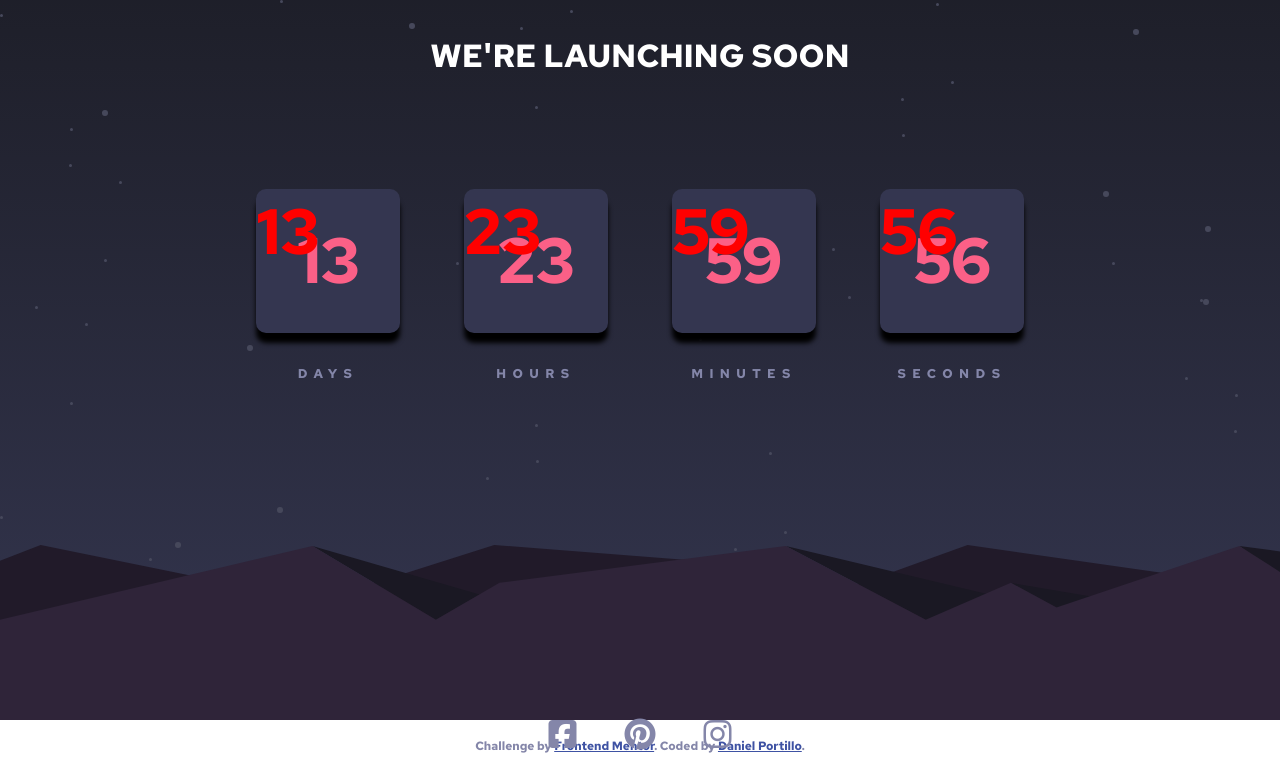
Repository: dportillo23/launch-countdown-timer-main
Page: index.html
These files come from the project's save history. The page is drawn as it stood at one moment and after the next save; the edit follows.
The browser window is 1280 px wide. The pictures show the whole page.
Some web libraries are served in a nearby version. The style sheet was rebuilt from its Sass, Less or Tailwind sources for each picture, by a compiler version that may differ from the author's.

Above is the page before, as saved 2021-07-02 10:15:08.

### index.html
<!DOCTYPE html>
<html lang="en">

<head>
  <meta charset="UTF-8">
  <meta name="viewport" content="width=device-width, initial-scale=1.0">

  <!-- displays site properly based on user's device -->
  <link rel="stylesheet" href="style.css">
  <link rel="icon" type="image/png" sizes="32x32" href="./images/favicon-32x32.png">

  <!-- Fontawesome connection -->
  <script src="https://kit.fontawesome.com/22e099610c.js" crossorigin="anonymous"></script>
  <link rel="stylesheet" href="path/to/font-awesome/css/font-awesome.min.css">

  <!-- Google fonts -->
  <link rel="preconnect" href="https://fonts.gstatic.com">
  <link href="https://fonts.googleapis.com/css2?family=Red+Hat+Text:wght@700&display=swap" rel="stylesheet">

  <title>Frontend Mentor | Launch countdown timer</title>

</head>

<body>
  <div class="header">
    <div class="container">

      <h1 class="title">We're launching soon</h1>

      <!-- Cards Section -->
      <div class="cards--section">

        <!-- Days card -->
        <div class="cards--container">
          <div class="card--number--container days" id="days">
            <div class="circle left">hola</div>
            14
            <div class="circle right">hola</div>
          </div>

          <h3 class="card--subtitle">Days</h3>
        </div>

        <!-- Hours card -->
        <div class="cards--container">
          <div class="card--number--container front  hours" id="hours">
            00
          </div>
          <h3 class="card--subtitle">Hours</h3>
        </div>

        <!-- Minutes card -->
        <div class="cards--container">
          <div class="card--number--container  minutes" id="minutes">
            00
          </div>
          <h3 class="card--subtitle">Minutes</h3>
        </div>

        <!-- Seconds card -->
        <div class="cards--container">
          <div class="card--number--container seconds" data-value="" id="seconds">
           00
          </div>
          <h3 class="card--subtitle">Seconds</h3>
        </div>
      </div>

      <!-- Social media icons section -->
      <div class="social--container">
        <img src="./images/pattern-hills.svg" alt="hills" srcset="">
        <a href=""><i class="fab fa-facebook-square"></i></a></i><a href=""><i class="fab fa-pinterest"></i></a><a
          href=""><i class="fab fa-instagram"></i></a></div>
    </div>
  </div>

<!-- Footer -->
  <footer>
    <div class="attribution">
      Challenge by <a href="https://www.frontendmentor.io?ref=challenge" target="_blank">Frontend Mentor</a>.
      Coded by <a href="https://dportillo23.github.io/My-Personal-Site/">Daniel Portillo</a>.
    </div>
  </footer>

  <script src="app.js"></script>
</body>

</html>

### app.js
// Constants
const seconds = 1000;
const minutes = seconds * 60;
const hours = minutes * 60;
const days = hours * 24;


// Functions
// Function to make the difference between end and actual time
function difference(endTime, startTime) {
    return endTime - startTime;
}

//Change 60 for 00
const sixtyToZero = num => {
    if (num == 60) {
        num = "00"
    }

    return num
}


//  Function to add leading zeros if needed
function addLeadingZero(num) {
    if (num < 10) {
        num = "0" + num;
    }
    return num;
}

// Card object definition
class Card {
    constructor(_class, _initialTime) {
        this.card = document.getElementById(_class);
        this.actualTime = _initialTime;
        this.pastTime = _initialTime;
        this.updateTimer(this.actualTime);
    }

    setNewTimes(_time) {
        this.pastTime = this.actualTime;
        this.actualTime = sixtyToZero(addLeadingZero(_time));
        this.updateTimer();
        this.setDataAttribute();
        if (this.actualTime !== this.pastTime) {
            console.log(this.actualTime, this.pastTime);
            this.flipCard()
        }
    }

    updateTimer() {
        this.card.innerHTML = this.actualTime;
    }

    flipCard() {
        console.log("Flip Card " + this.card.id);
    }

    setDataAttribute() {
        this.card.setAttribute("data-value", this.actualTime)
    }
}


// Create Card Objects
const daysCard = new Card("days", "14");
const hoursCard = new Card("hours", "00");
const minutesCard = new Card("minutes", "00");
const secondsCard = new Card("seconds", "00");


// Set counter final day
const finish = new Date();
finish.setDate(finish.getDate() + 14);


// Start countdown
setInterval(() => {
    const actualTime = new Date();
    const timeDifference = difference(finish, actualTime);

    daysCard.setNewTimes(Math.floor(timeDifference / days));
    hoursCard.setNewTimes(Math.floor((timeDifference % days) / hours));
    minutesCard.setNewTimes(Math.floor((timeDifference % hours) / minutes));
    secondsCard.setNewTimes((Math.floor((timeDifference % minutes) / seconds) + 1));

}, 1000);

### style.scss
*,
*::before,
*::after {
    box-sizing: border-box;
    margin: 0;
}

$col-ppal: hsl(237, 18%, 59%);
$col-red: hsl(345, 95%, 68%);

$col-dark: hsl(236, 21%, 26%);
$col-dark-blue: hsl(235, 16%, 14%);
$col-darker: hsl(234, 17%, 12%);

body {
    font-family: 'Red Hat Text', sans-serif;
    color: $col-ppal;
}

.header {
    min-height: 100vh;
    display: flex;
    flex-direction: column;
    justify-content: center;
    align-items: center;
    background: linear-gradient($col-dark-blue, $col-dark);
}

.container {
    min-height: 100vh;
    width: 100%;
    display: flex;
    flex-direction: column;
    justify-content: center;
    align-items: center;
    gap: 7em;
    position: relative;
    background: url('./images/bg-stars.svg');
}

.title {
    text-transform: uppercase;
    color: #fff;
}

// Cards Secition

.cards--section {
    display: flex;
    gap: 4em;
    padding-bottom: 10em;
}

.cards--container {
    display: flex;
    flex-direction: column;
    gap: 2em;
    justify-content: center;
    align-items: center;

}

.card--number--container {
    display: flex;
    justify-content: center;
    align-items: center;
    padding: 1em;
    width: 2.25em;
    height: 2.25em;
    background-color: $col-dark;
    border-radius: 10px;
    box-shadow: 0 10px 5px black;
    position: relative;
    // overflow: hidden;
    transition: all 0.5s ease;
    color: $col-red;
    font-size: 4rem;

    &::before {
        content: attr(data-value);
        width: 100%;
        height: 100%;
        color: red;
        position: absolute;
        z-index: 1;
    }

    // &::after {
    //     content: attr(data-value);
    //     width: 100%;
    //     height: 100%;
    //     color: blue;
    //     position: absolute;
    //     display: flex;
    //     justify-content: center;
    //     align-items: center;
    // }


}

.circle {
    height: 30px;
    width: 30px;
    border-radius: 50%;
    background-color: red;
    position: absolute;
    z-index: 2;
    top: 50%;

    &.left {
        left: -5px;
    }
}

.card--subtitle {
    text-transform: uppercase;
    letter-spacing: 0.5em;
    font-size: 0.8em;
}

// Social media section

.social--container {
    width: 100%;
    height: 100%;
    display: flex;
    align-items: center;
    justify-content: center;
    gap: 3em;
    // background: lightblue;

    img {
        width: 100%;

        position: absolute;
        z-index: 0;
        bottom: 0;
    }
}

.fab {
    position: relative;
    top: 2em;
    z-index: 1;
    font-size: 2rem;
    color: $col-ppal;

    &:hover {
        color: $col-red;
    }
}

// Footer

.attribution {
    padding: 1.5em;
    font-size: 12px;
    text-align: center;

    a {
        color: hsl(228, 45%, 44%);
    }
}

After the next save:
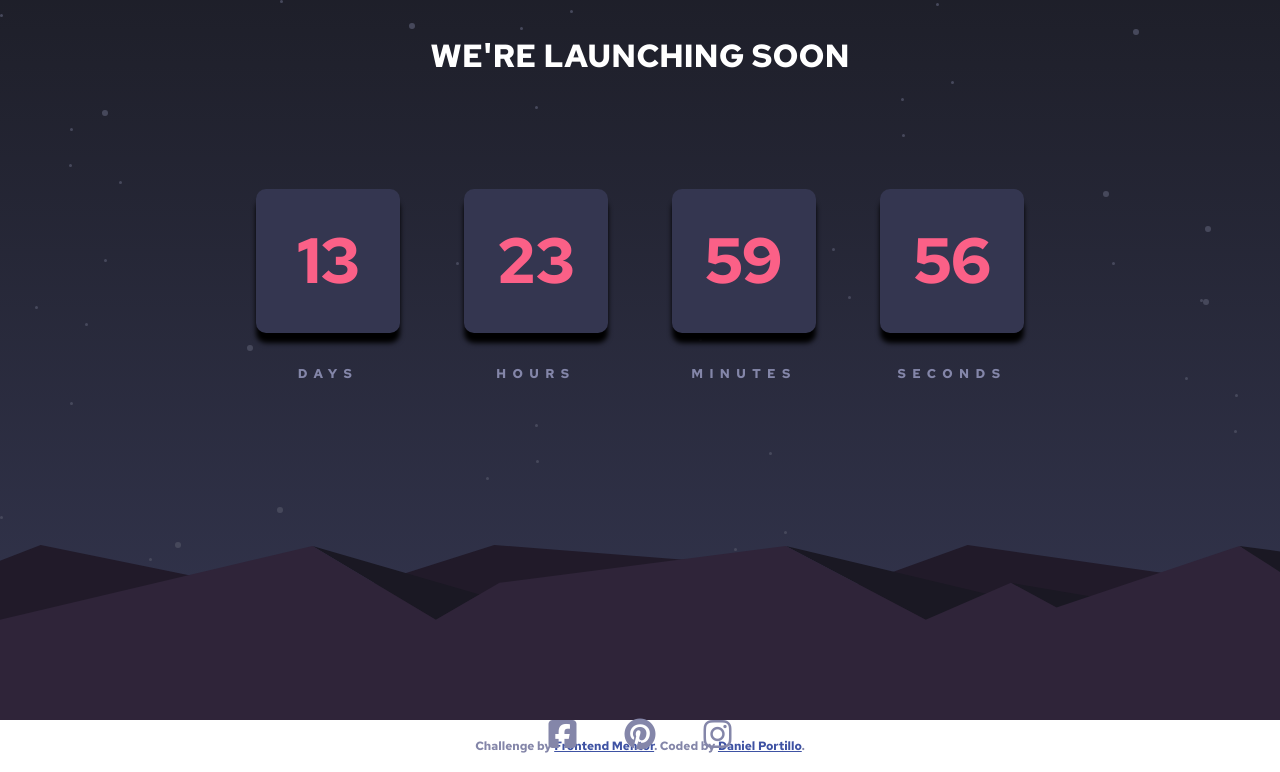
Saved 16 s later.
--- a/style.scss
+++ b/style.scss
@@ -76,14 +76,14 @@ body {
     color: $col-red;
     font-size: 4rem;
 
-    &::before {
-        content: attr(data-value);
-        width: 100%;
-        height: 100%;
-        color: red;
-        position: absolute;
-        z-index: 1;
-    }
+    // &::before {
+    //     content: attr(data-value);
+    //     width: 100%;
+    //     height: 100%;
+    //     color: red;
+    //     position: absolute;
+    //     z-index: 1;
+    // }
 
     // &::after {
     //     content: attr(data-value);
